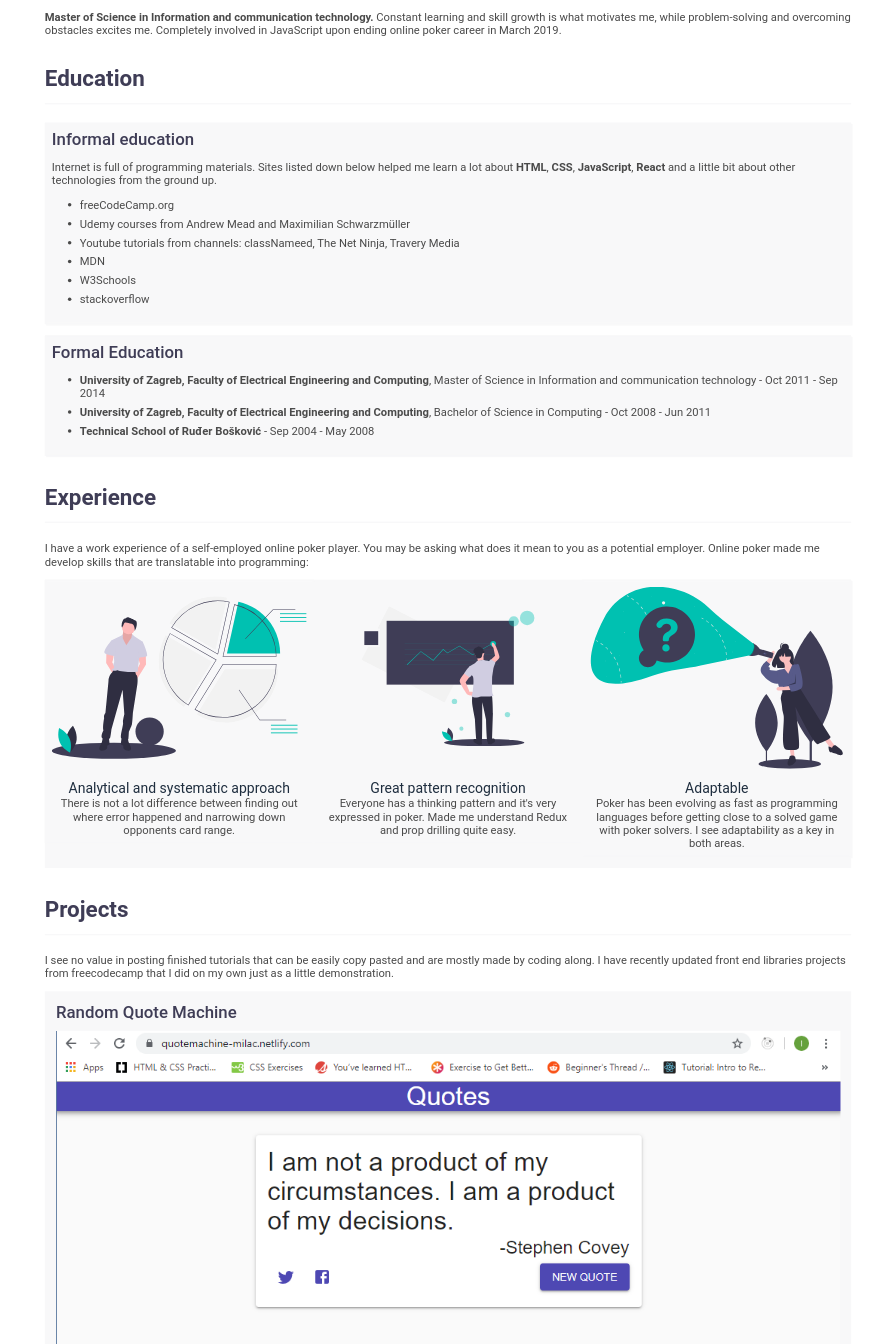
Repository: milac0/my-website
Page: /
These files come from the project's save history. The page is drawn as it stood at one moment and after the next save; the edit follows.
The browser window is 1280 px wide. The pictures show the part of the page from y = 533 to 2453 px (the page is 6744 px tall), at 70% of full size.
The project was rebuilt for these pictures with package versions that can differ from the ones it lists, and the page was loaded fresh each time. Also part of the build but not shown: src/components/formContact.module.css, src/components/FormContact.js, src/pages/contact.module.css, src/pages/Contact.js. Imported but missing from the stored project, and not drawn on this page: src/resume.pdf.

Above is the page before, as saved 2019-10-24 21:04:53.

After the next save:
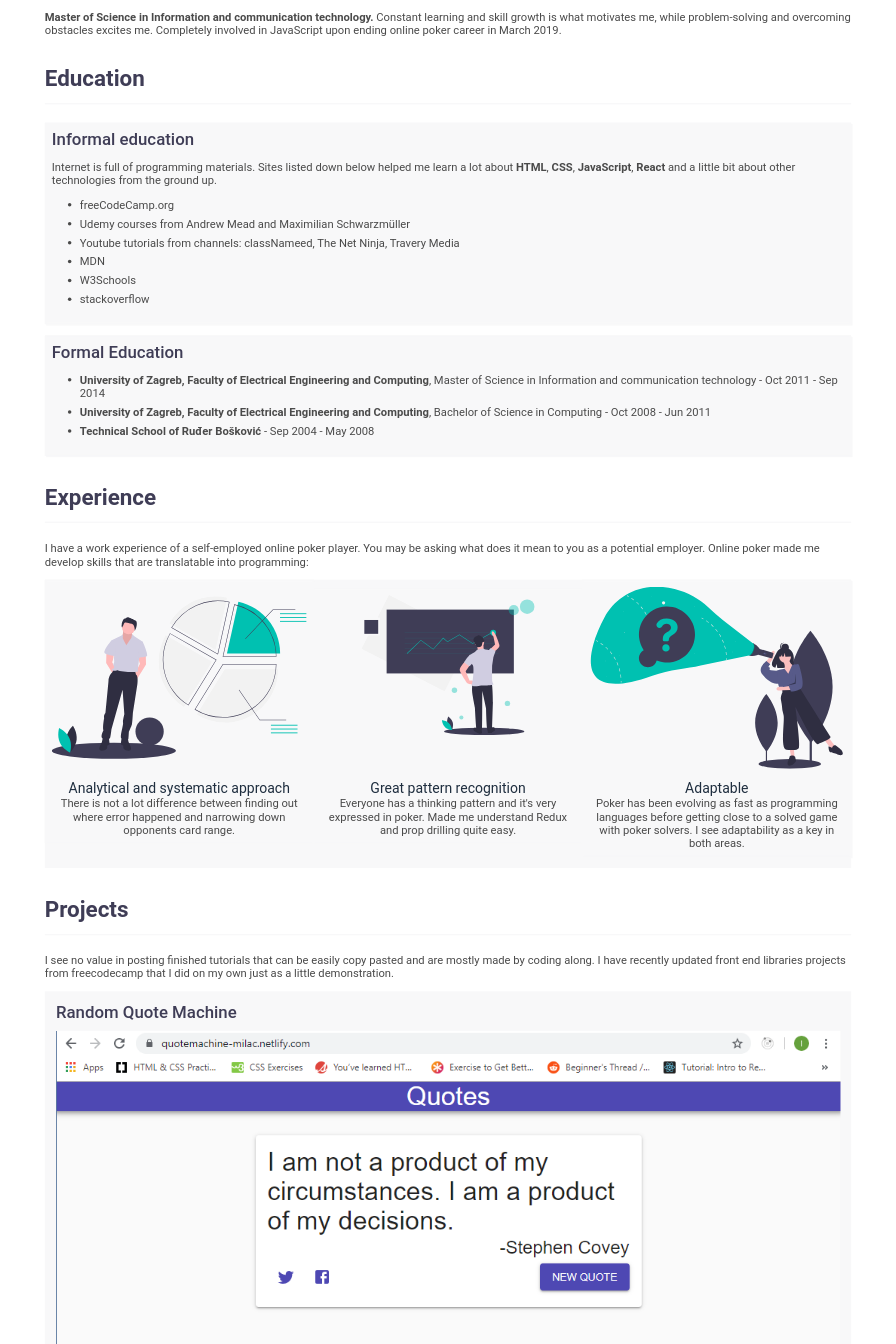
Saved 9 s later.
--- a/src/index.css
+++ b/src/index.css
@@ -196,7 +196,7 @@
 
 .big-svg {
   height: 200px;
-  margin-bottom: 3em;
+  margin-bottom: 4em;
 }
 
 article {

After the save that followed:
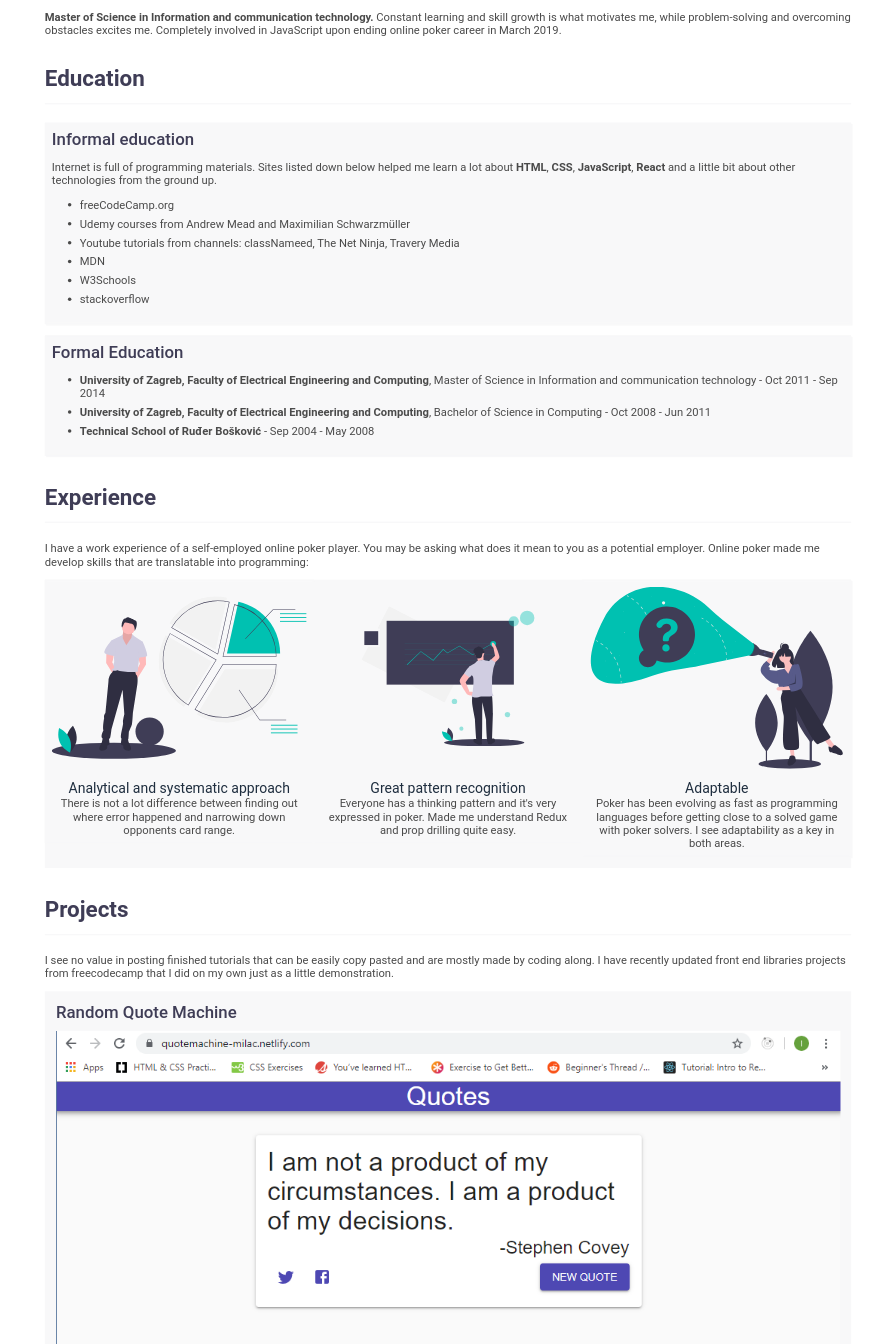
Saved 7 s later.
--- a/src/index.css
+++ b/src/index.css
@@ -196,7 +196,7 @@
 
 .big-svg {
   height: 200px;
-  margin-bottom: 4em;
+  margin-bottom: 3em;
 }
 
 article {
